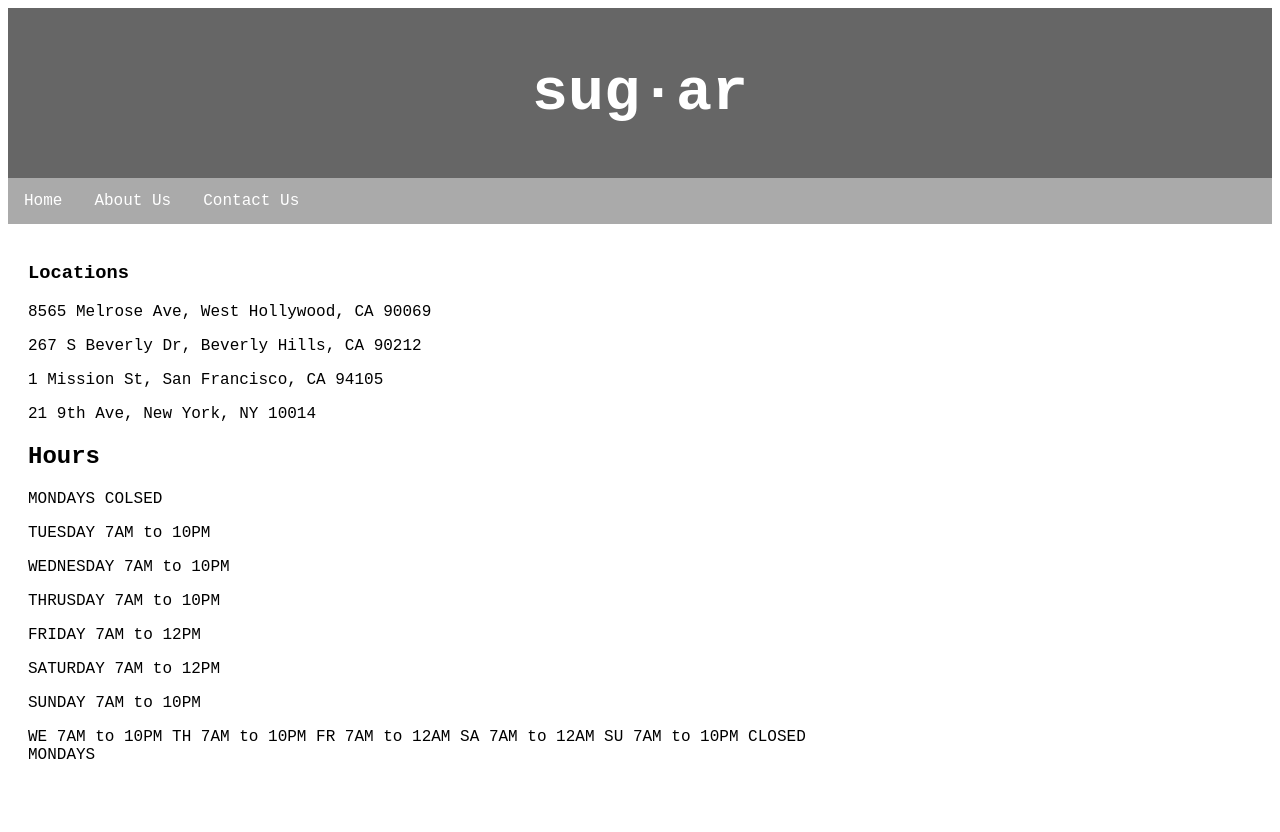
Repository: lavaghimire/lavaghimire.github.io
Page: WEBSITE/contact.html
The author's editor kept a record of every edit. The page is drawn from the files as they stood at one moment, then again after the next edit.
The browser window is 1280 px wide. The pictures show the whole page.

Above is the page before.

After the next edit:
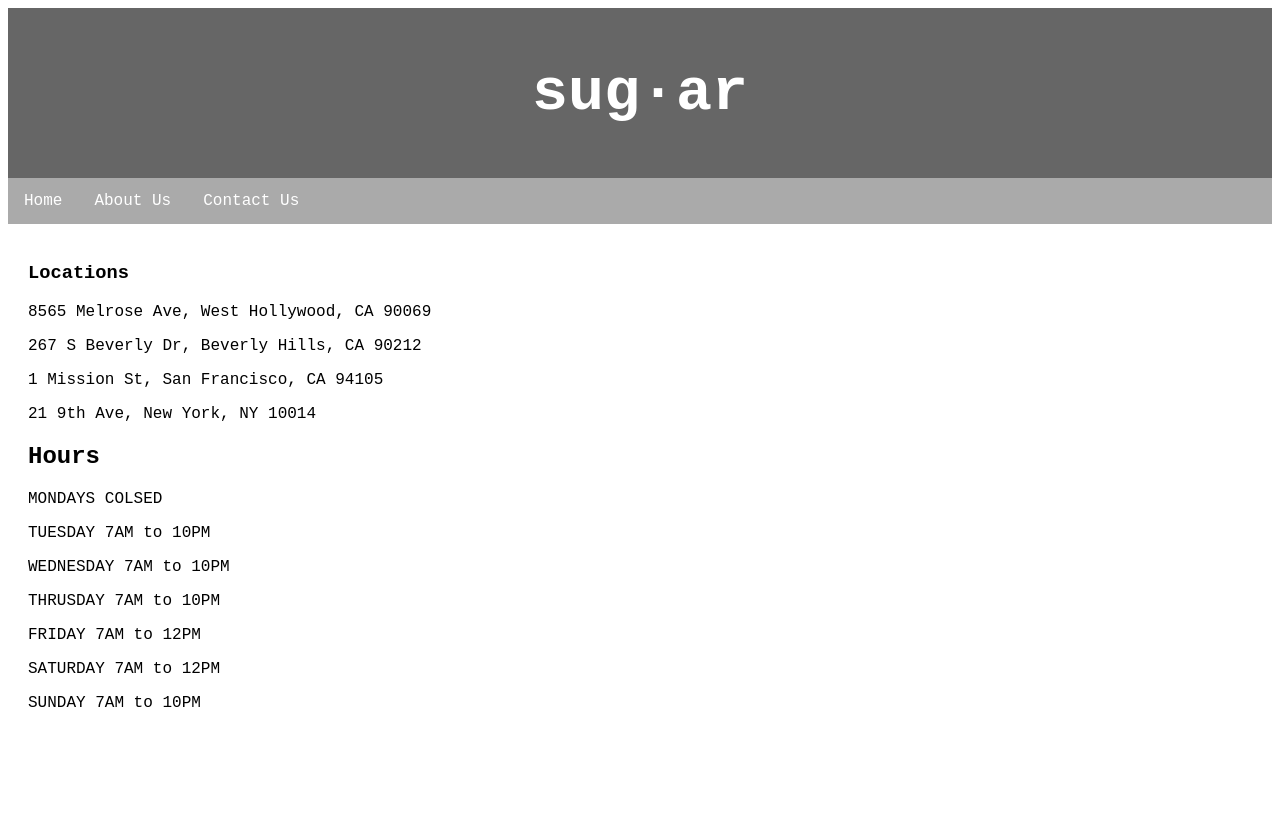
The edit:
--- a/WEBSITE/contact.html
+++ b/WEBSITE/contact.html
@@ -133,18 +133,6 @@
     <p>SUNDAY
 7AM to 10PM</p>
 
-WE
-7AM to 10PM
-TH
-7AM to 10PM
-FR
-7AM to 12AM
-SA
-7AM to 12AM
-SU
-7AM to 10PM
-CLOSED MONDAYS
-
   </article>
 
 
